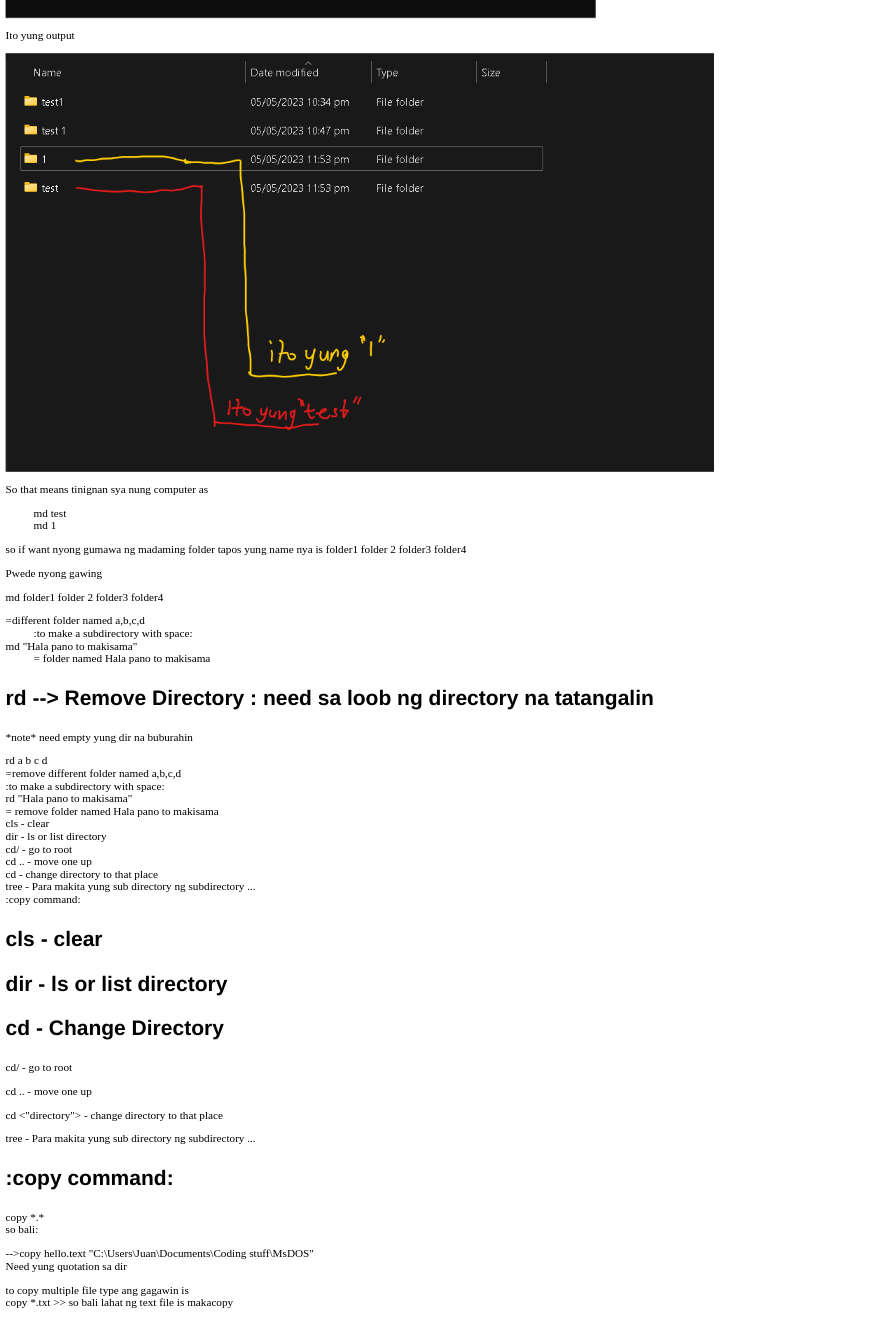
Repository: zwainer/Comprog
Page: index.html
These files come from the project's save history. The page is drawn as it stood at one moment and after a run of saves; the edit follows.
The browser window is 1280 px wide. The pictures show the part of the page from y = 3430 to 5350 px (the page is 5316 px tall before and 5350 px after), at 70% of full size.

Above is the page before, as saved 2023-05-06 00:00:24.

After the next 2 saves:
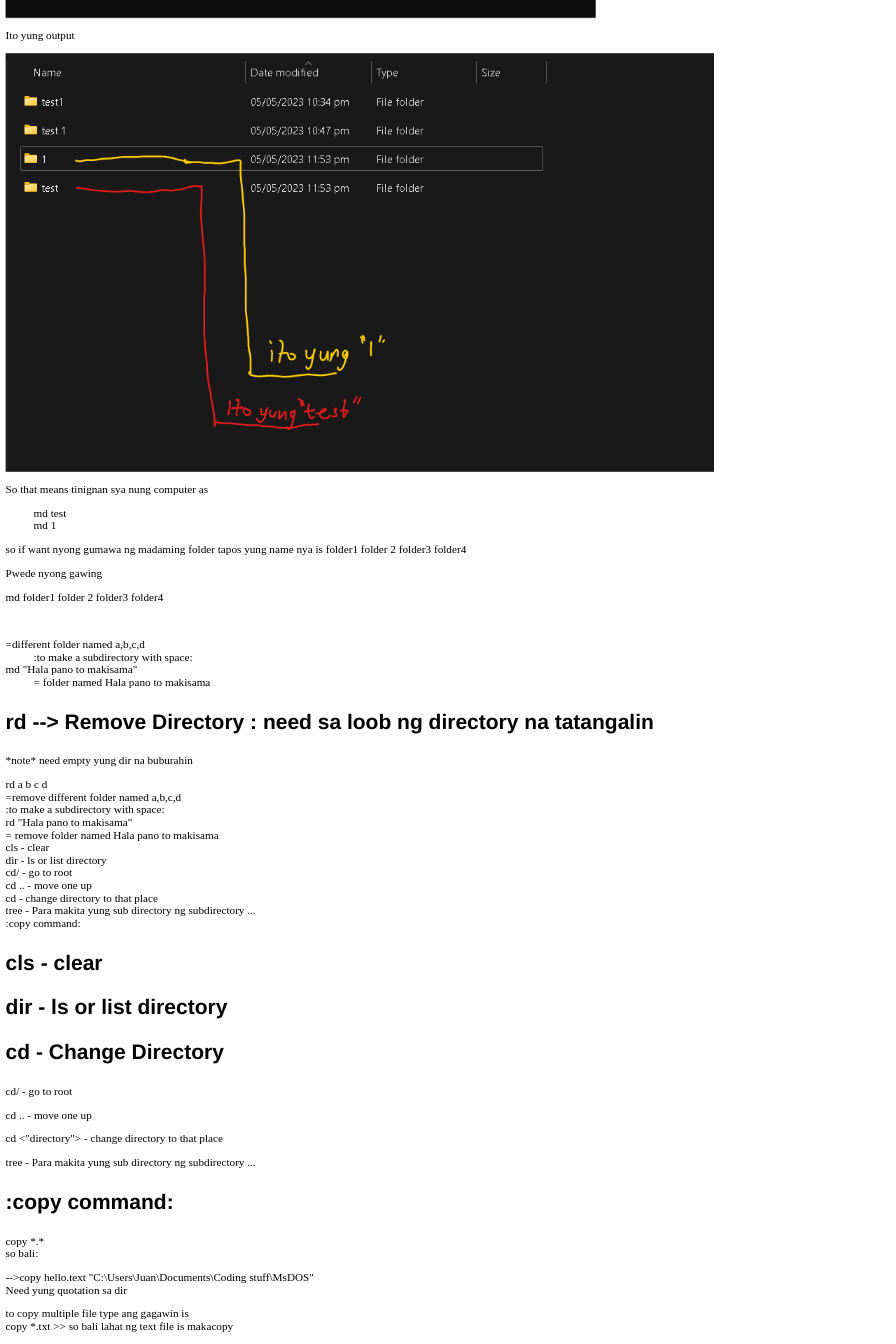
The 2 saves are shown as one change because they came seconds apart.
The last was saved 6 s later.
--- a/index.html
+++ b/index.html
@@ -79,7 +79,7 @@
 
 		<p>so if want nyong gumawa ng madaming folder tapos yung name nya is folder1 folder 2 folder3 folder4<br/></p>
 
-		<p>Pwede nyong gawing <p>md folder1 folder 2 folder3 folder4<br/></p>
+		<p>Pwede nyong gawing <p>md folder1 folder 2 folder3 folder4</p><br/></p>
 
 
 
